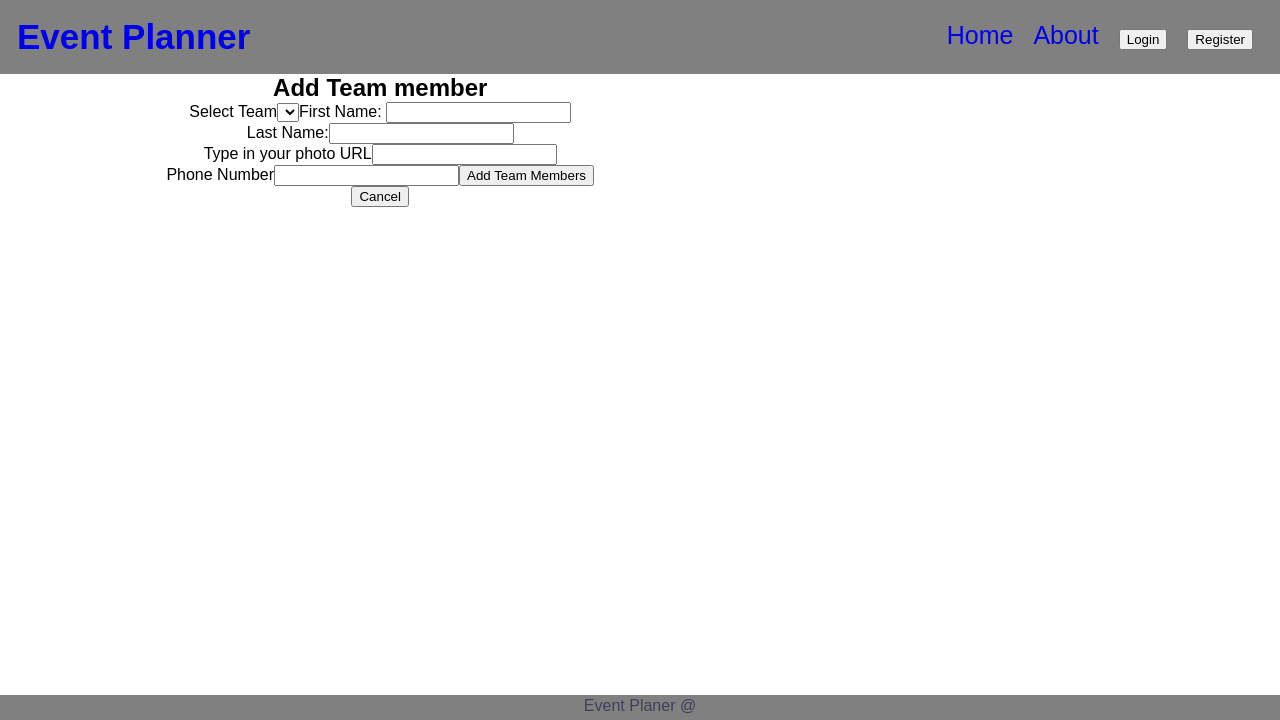
Repository: mhyder1/planner-client
Page: /add-team-member
The author's editor kept a copy of each file at every save. The page is drawn from the files as they stood at one save, then again after the next save.
The browser window is 1280 px wide. The pictures show the whole page.
The page's requests for data from a server got no answer. The project was rebuilt for these pictures with package versions that can differ from the ones it lists, and the page was loaded fresh each time. No one was signed in, and anything a server would have sent is missing. Also part of the build but not shown: src/Components/About/About.js, src/Services/AuthAPIService.js, src/Components/Login/Login.js, src/Components/Register/Register.js, src/Components/Header/Header.js, src/Components/Features/Features.js, src/DummyStore/DummyStore.js, src/Components/ProfilePic/ProfilePic.js and 11 more.

Above is the page before, as saved 2021-01-19 18:11:48.

### src/index.js
import React from 'react';
import ReactDOM from 'react-dom';
import App from './App';
import { BrowserRouter } from "react-router-dom";


ReactDOM.render(
  <BrowserRouter>
    <App />
  </BrowserRouter>,
  document.getElementById('root')
);

### src/App.js
import React from "react";
import { Route } from "react-router-dom";
import "./App.css";

import Nav from "./Components/Nav/Nav";
import About from "./Components/About/About";
import Login from "./Components/Login/Login";
import Register from "./Components/Register/Register";
import Header from "./Components/Header/Header";
import Features from "./Components/Features/Features";
import Footer from "./Components/Footer/Footer";
import ProfilePic from "./Components/ProfilePic/ProfilePic";
import EventsList from "./Components/EventsList/EventsList";
import TeamEventsList from "./Components/TeamEventsList/TeamEventsList";
import Event from "./Components/Event/Event";
import EditEvent from "./Components/EditEvent/EditEvent";
import TeamList from "./Components/TeamList/TeamList";
import AddTeamMember from "./Components/AddTeamMember/AddTeamMember";
import CalendarView from "./Components/Calendar/Calendar";
import AddEvent from "./Components/AddEvent/AddEvent";
import TokenService from "./Services/TokenService";
import config from  "./Config/Config"
import AddTeam from "./Components/AddTeam/AddTeam"
import ProfileContactInfo from "./Components/ProfileContactInfo/ProfileContactInfo"
import TeamMember from "./Components/TeamMember/TeamMember";

export default class App extends React.Component {
  state = {
    isLoggedIn: false,
    events: [],
    user: {
      user_id: "",
      email: "",
      firstName: "",
    },
    teams: [],
    teamMembers: [],
  };

  setUser = (user) => {
    this.setState({
      user: {
        user_id: user.id,
        email: user.email,
        firstName: user.first_name,
      },
    });
  };

  createTeam = (newTeam) => {
    this.setState({
      teams: newTeam,
    });
  };

  setUserTeams = (teams) => {
    this.setState({
      teams: teams,
    });
  };

  setUserTeamMembers = (tmembers) => {
    this.setState({
      teamMembers: tmembers,
    });
  };

  createEvent = (event) => {
    this.setState({
      events: [...this.state.events, event],
    });
  };

  updateEvent = (updatedEvent) => {
    this.setState({
      events: this.state.events.map((e) =>
        e.id !== updatedEvent.id ? e : updatedEvent
      ),
    });
  };

  // Gets events created by you
  setUserEvents = (events) => {
    this.setState({
      events: events,
    });
  };

  // Gets events for teams you're a team member of
  setTeamMemberEvents = (events) => {
    this.setState({
      events: [...this.state.events, ...events],
    });
  };

   deleteEvent = (eventId) => {
     const newEvents = this.state.events.filter((event) => event.id !== eventId);
     this.setState({
       events:newEvents,
     })
   }

  handleLogin = () => {
    this.setState({
      isLoggedIn: true,
    });
  };

  handleLogout = () => {
    TokenService.clearAuthToken();
    this.setState({
      events: [],
      team: [],
    });
  };

  componentDidMount() {
    fetch(`${config.REACT_APP_API_BASE_URL}/events`)
    .then((res) => res.json())
    .then((events) => this.setState({events}));
  }

  render() {
    return (
      <div className="App">
        <Route
          path="/"
          render={(props) => (
            <Nav {...props} {...this.state} handleLogout={this.handleLogout} />
          )}
        />

        <Route exact path="/" component={Header} />
        <Route exact path="/about" component={About} />
        <Route
          exact
          path="/login"
          render={(props) => (
            <Login {...props} handleLogin={this.handleLogin} />
          )}
        />

        <Route exact path="/register" component={Register} />
        <main>
          <section className="main-dashboard">
            <Route exact path="/dashboard" component={ProfilePic} />
             <Route
              exact
              path="/dashboard"
              render={(props) => (
                <ProfileContactInfo
                   {...props}
                  {...this.state}
                   setUserEvents={this.setUserEvents}
                   setTeamMemberEvents={this.setTeamMemberEvents}
                    setUser={this.setUser}
                  setUserTeams={this.setUserTeams}
                  setUserTeamMembers={this.setUserTeamMembers}
               />
             )}
            />
          </section>
          <section className="main-events">
            <Route
              exact
              path={["/events", "/events/:id", "/add-event"]}
              render={(props) => <EventsList {...props} {...this.state} />}
            />
            <Route
              exact
              path={["/tm-events", "/tm-events/:id"]}
              render={(props) => <TeamEventsList {...props} {...this.state} />}
            />
            <Route
              exact
              path={["/events", "/events/:id", "/tm-events", "/tm-events/:id"]}
              render={(props) =>
              <Event
              {...props}
              deleteEvent={this.deleteEvent}
              {...this.state} />}
            />
            <Route
              exact
              path="/add-event"
              render={(props) => (
                <AddEvent
                  {...this.state}
                  createEvent={this.createEvent}
                  {...props}
                />
              )}
            />
            <Route
              exact
              path="/edit-event/:id"
              render={(props) => (
                <EditEvent {...props} updateEvent={this.updateEvent} />
              )}
            />
          </section>
          <section className="main-team">
            <Route
              exact
              path={["/teams", "/teams/team-member/:id"]}
              render={(props) => <TeamList {...props}
              // createTeam ={this.createTeam}
              {...this.state} />}
            />
            <Route
              exact
              path={["/teams", "/teams/team-member/:id"]}
              render={(props) => <TeamMember {...props} {...this.state} />}
            />
            <Route
              exact
              path={["/add-team"]}
              render={(props) => <AddTeam {...props}
              createTeam={this.createTeam}
              {...this.state} />}
            />
            <Route
              exact
              path="/add-team-member"
              render={(props) => <AddTeamMember {...props} {...this.state} />}
            />
            {/* <Route
              exact
              path={["/invite-page", "/invite-page/:id"]}
              component={InviteLandingPage}
            /> */}
          </section>
          <section className="main-calendar">
            <Route
              exact
              path="/calendar"
              render={(props) => <CalendarView {...props} {...this.state} />}
            />
          </section>

          <Route exact path="/" component={Features} />
          <Route path="/" component={Footer} />
        </main>
      </div>
    );
  }
}

### src/App.css
* {
    box-sizing: border-box;
    font-family: sans-serif;
    margin: 0;
}

.App {
    text-align: center;
    margin: 0;
    padding: 0;
    height: 100%;
}


/* Nav Bar - Public Route / Landing Page */

.nav-home {
    border: grey solid 2px;
    background-color: grey;
    padding: 15px;
    font-size: 30px;
    width: 100%;
    display: flex;
    justify-content: space-between;
    flex-wrap: wrap;
}

nav h1 {
    font-size: 35px;
}

.nav-links a {
    margin: 10px;
    font-size: 25px;
}

nav h1,
nav a {
    text-decoration: none;
}

nav a:hover {
    color: white;
}

nav a:visited {
    color: black;
}


/* About page */

.about-ul {
    list-style-type: none;
    padding: 0;
}


/* Events Main */

.main-events {
    display: flex;
    margin-left: 13%;
}


/* Event */

.event-view {
    flex: 3;
    display: flex;
    justify-content: center;
}

.event-view-selected {
    border: solid grey 2px;
    width: 95%;
    margin-top: 20px;
    background: #e0e0e0;
    height: 100%;
}


/* Events Mobile View */

@media screen and (min-width: 320px) and (max-width: 768px) {
    .main-events {
        display: block;
        margin: 0 auto;
    }
}

@media screen and (max-width: 768px) {
    .events-desktop {
        display: none;
    }
    .event-view {
        display: none;
    }
}


/* Add Event View */

.add-event-view {
    flex: 3 1;
    display: flex;
    justify-content: center;
    flex-direction: column;
    align-items: center;
    border: solid grey 2px;
}

.add-event-form {
    display: flex;
    flex-direction: column;
    width: 50%;
}

.event-sidebar-hidden {
    display: none;
}


/* Header / Landing Page */

header {
    display: flex;
    justify-content: center;
    margin: 100px auto;
    flex-direction: row;
    max-width: 1200px;
}

.hero {
    border: 2px solid grey;
    margin: 15px 2.5%;
    padding: 150px;
    flex-basis: 45%;
    box-sizing: border-box;
    background-color: #e5e5e5;
}


/* EventList */

.event-sidebar {
    flex: 1;
}

.event-sidebar ul {
    list-style-type: none;
    padding: 0;
}

.event-sidebar h3 {
    border: solid grey 2px;
    padding: 20px;
    margin: 15px;
}


/* Modal */

.modal {
    position: fixed;
    top: 0;
    left: 0;
    width: 100%;
    height: 100%;
    background: rgba(6, 5, 5, 0.056);
}

.modal-main {
    position: fixed;
    background: #f8f8f8;
    width: 80%;
    height: 75%;
    top: 50%;
    left: 50%;
    transform: translate(-50%, -50%);
}

.modal-main h2 {
    margin-top: 25px;
}

.display-block {
    display: block;
}

.display-none {
    display: none;
}

.view-modal-button {
    padding: 7px;
    margin: 5px;
    background: none;
    border: none;
    font-size: 20px;
}

.modal-photo {
    margin: 20px;
    object-fit: cover;
    border: grey solid 2px;
    width: 200px;
    height: 200px;
}

@media screen and (min-width: 769px) {
    .view-modal {
        display: none;
    }
}


/* CalendarView */

.main-calendar {
    width: 70%;
    margin: 0 auto;
    height: 50%;
}


/* Dashboard Nav / Logged In */

.dashboard-menu {
    color: white;
    height: 100%;
    width: 160px;
    position: fixed;
    z-index: 1;
    top: 0;
    left: 0;
    background-color: #111;
    overflow-x: hidden;
    padding-top: 20px;
}

.dashboard-menu h2 {
    padding: 6px 8px 6px 16px;
    text-decoration: none;
    font-size: 25px;
    color: #818181;
    display: block;
}

.dashboard-menu ul {
    list-style-type: none;
    padding: 0;
    text-align: left;
    padding-left: 5px;
}

.dashboard-menu a:visited {
    color: #818181;
}

@media screen and (min-width: 320px) and (max-width: 768px) {
    .dashboard-menu {
        width: 100%;
        position: unset;
        display: flex;
        flex-wrap: wrap;
        justify-content: space-between;
        align-items: center;
    }
    .dashboard-menu ul {
        display: flex;
        flex-wrap: wrap;
    }
}


/* Register */

.register-section {
    display: flex;
    flex-direction: column;
    align-items: center;
}

.register-form {
    display: flex;
    flex-direction: column;
    width: 15%;
    border: grey 2px solid;
    padding: 10px;
}

@media screen and (min-width: 320px) and (max-width: 768px) {
    .register-form {
        display: flex;
        flex-direction: column;
        width: 60%;
    }
}


/* Main Team */

.main-team {
    display: flex;
    margin-left: 13%;
}


/* Team Sidebar */

.team-sidebar {
    flex: 1;
}

.team-sidebar h3 {
    border: solid grey 2px;
    padding: 20px;
    margin: 15px;
}

.team-sidebar ul {
    list-style-type: none;
    padding: 0;
}


/* Team Member */

.team-view {
    flex: 3;
    display: flex;
    justify-content: center;
}


/* Team View Mobile */

@media screen and (max-width: 768px) {
    .team-view,
    .team-desktop {
        display: none;
    }
    .main-team {
        display: block;
        margin: 0 auto;
    }
}

.team-member-selected {
    border: solid grey 2px;
    width: 95%;
    margin-top: 20px;
    background: #e0e0e0;
}

.member-photo {
    width: 300px;
    height: 300px;
    margin: 20px;
    object-fit: cover;
    border: grey solid 2px;
}


/* Features / Landing Page */

.features {
    display: flex;
    flex-wrap: wrap;
    justify-content: space-around;
    background-color: #e5e5e5;
    padding: 250px;
}

.feature-1,
.feature-2,
.feature-3 {
    border: grey 2px solid;
    padding: 85px;
}

@media screen and (min-width: 320px) and (max-width: 768px) {
    header {
        flex-direction: column;
        margin: 35px auto;
    }
    .hero {
        padding: 80px;
    }
    .features {
        padding: 150px;
    }
}


/* Footer */

.footer {
    border: grey 2px solid;
    background-color: grey;
    color: #3d405b;
    height: 25px;
    position: fixed;
    bottom: 0;
    width: 100%;
}

### src/Components/Nav/Nav.js
import React from "react";
import TokenService from "../../Services/TokenService";
import { Link } from "react-router-dom";

export default class Nav extends React.Component {
  handleLogout = (e) => {
    e.preventDefault();
    this.props.handleLogout(e);
    this.props.history.push("/");
  };

  render() {
    return (
      <nav>
        {!TokenService.hasAuthToken() ? (
          <>
            <div className="nav-home">
              <div className="nav-logo">
                <h1>
                  <Link to="/">Event Planner</Link>
                </h1>
              </div>
              <div className="nav-links">
                <Link to="/">Home</Link>
                <Link to="/about">About</Link>
                <Link to="/login">
                  <button>Login</button>
                </Link>
                <Link to="/register">
                  <button>Register</button>
                </Link>
              </div>
            </div>
          </>
        ) : (
          <div id="main-menu" className="dashboard-menu">
            <h1>
              <Link to="/dashboard">Event Planner</Link>
            </h1>
            <ul>
              <li>
                <h2>
                  <Link to="/dashboard">Home</Link>
                </h2>
              </li>
              <li>
                <h2>
                  <Link to="/calendar">Calendar</Link>
                </h2>
              </li>
              <li>
                <h2>
                  <Link to="/events">Events</Link>
                </h2>
              </li>
              <li>
                <Link to="/add-event">+ Event</Link>
              </li>

              <li>
                <h2>
                  <Link to="/teams">Teams</Link>
                </h2>
              </li>
              <li>
                <Link to="/add-team">+ Team</Link>
              </li>
              <li>
                <h2>
                  <button onClick={(e) => this.handleLogout(e)}>Log Out</button>
                </h2>
              </li>
            </ul>
          </div>
        )}
      </nav>
    );
  }
}

### src/Components/Footer/Footer.js
import React from "react";

export default function Footer() {
    return <footer className="footer">Event Planer @</footer>;
}

### src/Components/AddTeamMember/AddTeamMember.js
import React from "react";
import { Link } from "react-router-dom";
import config from "../../Config/Config";
import TokenService from "../../Services/TokenService";

export default class AddTeamMember extends React.Component {

  handleAddTeamMember = (e) => {

  }

  render() {
    console.log(this.props.team && this.props.match.id)
    return(
      <>
        <div>
            <h2>Add Team member</h2>
              <form
                  onSubmit={(e) => this.handleAddTeamMember(e)}
              >
                <label htmlFor='teams'>Select Team</label>
                  <select id="teams" name="teams">
                    <option></option>
                  </select>
                <label>First Name: </label>
                <input type="text" name="first_name" require/>
                <br />
                <label>Last Name:</label>
                <input type="text" name="last_name" require/>
                <br />
                <label>Type in your photo URL</label>
                <input type="url" name="profile_image" />
                <br />
                <label htmlFor="phone">Phone Number</label>
                <input type="tel" name="phone_number" />
                <button type="submit">Add Team Members</button>
              </form>
              <div>
                <button onClick={this.handleCancel}>Cancel</button>
              </div>
          </div>
      </>
    )


  }
}

// export default class AddTeamMember extends React.Component {
//   state = {
//     senderName: "",
//     recipient: "",
//     sender: "",
//     inviteSentMessage: "",
//     sent: false,
//   };

//   componentDidMount() {
//     this.setState({
//       senderName: this.props.user.firstName,
//       sender: "thanki.monika@gmail.com",
//       // sender: this.props.user.email,
//     });
//   }

//   /* Need to add some kind of confirmation if email is successfully sent */
//   handleAddTeamMember = (e) => {
//     e.preventDefault();
//     // const recipient = this.state.recipient;
//     const recipient = "thanki.monika@gmail.com";
//     const sender = this.state.sender;
//     const name = this.state.senderName;
//     const email = { recipient, sender, name };
//     this.setState({
//       inviteSentMessage: `Invite to ${recipient} sent!`,
//       sent: true,
//     });

//     fetch(`${config.REACT_APP_API_BASE_URL}/emails`, {
//       method: "POST",
//       body: JSON.stringify(email),
//       headers: {
//         "content-type": "application/json",
//         Authorization: `Bearer ${TokenService.getAuthToken()}`,
//       },

//     });
//   };

//   getTeamMemberEmail = (e) => {
//     const teamMemberEmail = e.target.value;
//     this.setState({
//       recipient: teamMemberEmail,
//     });
//   };

//   handleCancel = () => {
//     this.props.history.goBack("/teams");
//   };

//   render() {
//     return (
//       <>
//         <div className="add-team-member-view">
//           <h2>Add a Team Member</h2>
//           <p>Team members can only see events they've joined.</p>
//           <p>
//             Once your team member creates an account, you can <br /> send them
//             an invitation to your event.
//           </p>
//           {this.state.sent === true ? (
//             <>
//               <p>{this.state.inviteSentMessage}</p>
//               <Link to="/dashboard">
//                 <button>Return to dashboard</button>
//               </Link>
//             </>
//           ) : (
//             ""
//           )}
//           <form
//             onSubmit={(e) => this.handleAddTeamMember(e)}
//             className="add-team-member-form"
//           >
//             <label>Email address</label>
//             <input
//               onChange={(e) => this.getTeamMemberEmail(e)}
//               type="text"
//               name="email"
//             />
//             <button type="submit">Send email invitation</button>
//           </form>
//           <div>
//             <button onClick={this.handleCancel}>Cancel</button>
//           </div>
//         </div>
//       </>
//     );
//   }
// }

### src/Services/TokenService.js
import jwtDecode from 'jwt-decode'
import Config from '../Config/Config'

let _timeoutId
const _TEN_SECONDS_IN_MS = 10000

const TokenService = {
    saveAuthToken(token) {
        window.localStorage.setItem(Config.TOKEN_KEY, token)
    },
    getAuthToken() {
        return window.localStorage.getItem(Config.TOKEN_KEY)
    },
    clearAuthToken() {
        console.info('clearing the auth token')
        window.localStorage.removeItem(Config.TOKEN_KEY)
    },
    hasAuthToken() {
        return !!TokenService.getAuthToken()
    },
    makeBasicAuthToken(email, password) {
        return window.btoa(`${email}:${password}`)
    },
    parseJwt(jwt) {
        return jwtDecode(jwt)
    },
    readJwtToken() {
        return TokenService.parseJwt(TokenService.getAuthToken())
    },
    _getMsUntilExpiry(payload) {
        /*
          payload is from the JWT
          the `exp` value is in seconds, need to convert to ms, so * 1000
          calculates the difference between now and when the JWT will expire
        */
        return (payload.exp * 1000) - Date.now()
    },
    queueCallbackBeforeExpiry(callback) {
        /* get the number of ms from now until the token expires */
        const msUntilExpiry = TokenService._getMsUntilExpiry(
            TokenService.readJwtToken()
        )
        /*
          queue a callback that will happen 10 seconds before the token expires
          the callback is passed in as an argument so could be anything,
            in this app, the callback is for calling the refresh endpoint
        */
        _timeoutId = setTimeout(callback, msUntilExpiry - _TEN_SECONDS_IN_MS)
    },
    clearCallbackBeforeExpiry() {
        clearTimeout(_timeoutId)
    },
}

export default TokenService

### src/Config/Config.js
export default {
    REACT_APP_API_BASE_URL: "http://localhost:8000/api",
    TOKEN_KEY:"event-planner-auth"
  };

Loaded but not shown: public/index.html (common file)

After the next save:
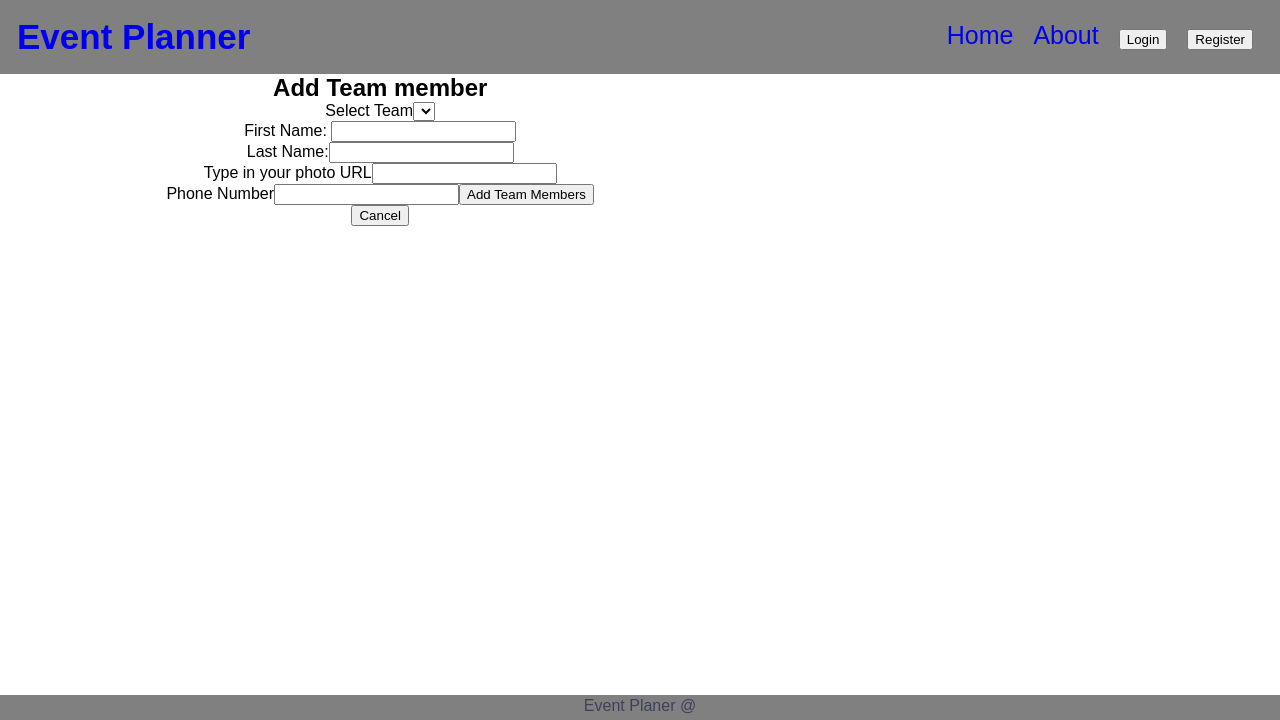
Saved 32 s later.
--- a/src/Components/AddTeamMember/AddTeamMember.js
+++ b/src/Components/AddTeamMember/AddTeamMember.js
@@ -22,6 +22,7 @@ export default class AddTeamMember extends React.Component {
                   <select id="teams" name="teams">
                     <option></option>
                   </select>
+                  <br />
                 <label>First Name: </label>
                 <input type="text" name="first_name" require/>
                 <br />
